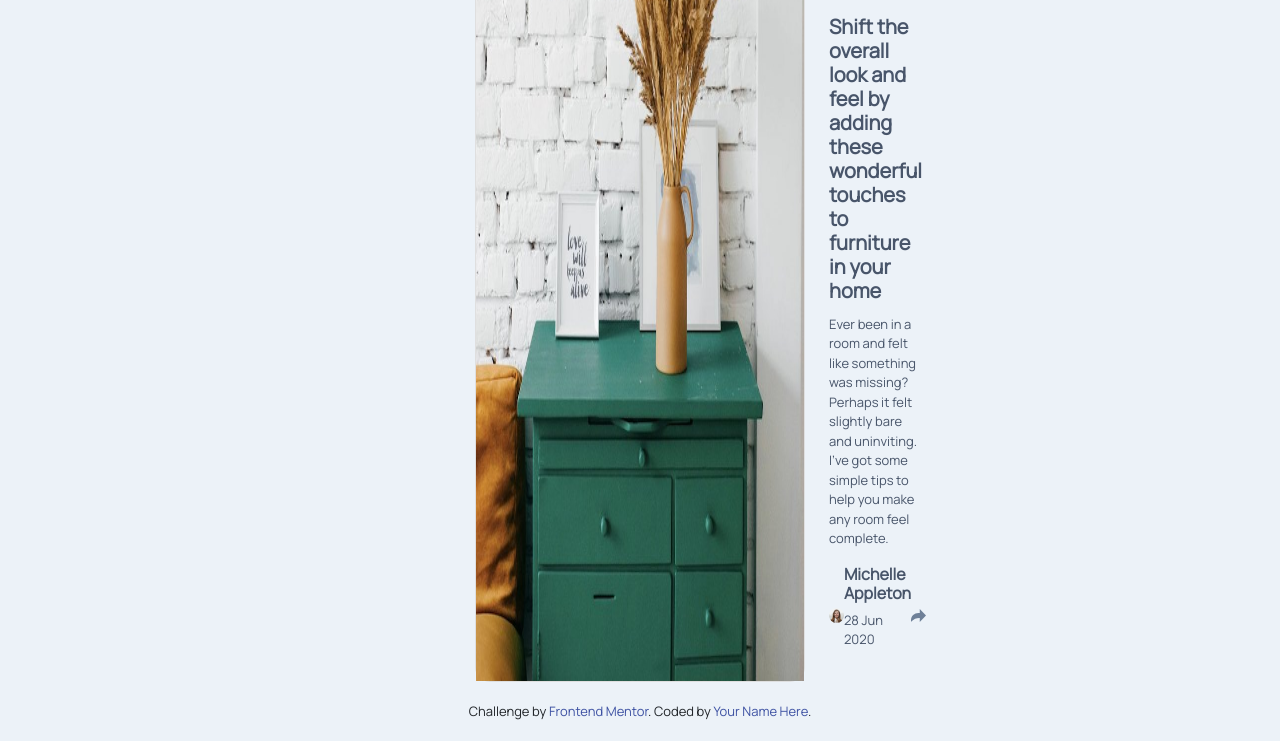
Repository: timiodulate/Article-Preview-Component
Page: index.html
The author's editor kept a copy of each file at every save. The page is drawn from the files as they stood at one save, then again after a run of saves.
The browser window is 1280 px wide. The pictures show the whole page.

Above is the page before, as saved 2020-07-11 12:41:03.

### index.html
<!DOCTYPE html>
<html lang="en">
<head>
  <meta charset="UTF-8">
  <meta name="viewport" content="width=device-width, initial-scale=1.0"> <!-- displays site properly based on user's device -->

  <link rel="icon" type="image/png" sizes="32x32" href="./images/favicon-32x32.png">

  <!-- Bootstrap -->
  <link rel="stylesheet" href="./css/bootstrap.min.css">

  <!-- Custom Style -->
  <link rel="stylesheet" href="./css/style.css">

  <title>Frontend Mentor | Article preview component</title>
</head>
<body>

  <div class="container-fluid d-flex flex-column justify-content-center align-items-center p-30">

    <div class="card">

      <img src="./images/drawers.jpg" alt="drawers" class="card-img-top img-fluid" >

      <div class="card-body">
        <h5 class="card-title">
          Shift the overall look and feel by adding these wonderful
          touches to furniture in your home
        </h5>
        <p class="card-text">
          Ever been in a room and felt like something was missing? Perhaps
          it felt slightly bare and uninviting. I’ve got some simple tips
          to help you make any room feel complete.
        </p>

        <div class="userDetails d-flex justify-content-between align-items-center">
          <img src="./images/avatar-michelle.jpg" alt="avatarImage" class="rounded-circle img-fluid avatarImage">

          <div class="nameDate">
            <h6>
              Michelle Appleton
            </h6>
            <p>
              28 Jun 2020
            </p>
          </div>

          <img src="./images/icon-share.svg" alt="">
        </div>
      </div>
    </div>
  </div>
  <div class="attribution">
    Challenge by <a href="https://www.frontendmentor.io?ref=challenge" target="_blank">Frontend Mentor</a>.
    Coded by <a href="#">Your Name Here</a>.
  </div>
</body>

  <script src="https://code.jquery.com/jquery-3.5.1.slim.min.js" integrity="sha384-DfXdz2htPH0lsSSs5nCTpuj/zy4C+OGpamoFVy38MVBnE+IbbVYUew+OrCXaRkfj" crossorigin="anonymous"></script>
  <script src="./js/bootstrap.min.js"></script>
</body>
</html>

### css/style.css
@import url('http://fonts.googleapis.com/css?family=Manrope');

/* Global Resets */
* {
    padding: 0;
    margin: 0;
    box-sizing: border-box;
}

html {
    /* font-family */
    --body: Manrope;

    /* font-weight */
    --normal: 500;
    --bold: 700;

    /* color */
    --background: hsl(210, 46%, 95%);
    --header: hsl(217, 19%, 35%);

    --text: hsl(212, 23%, 69%);
    --last-section: hsl(214, 17%, 51%);
}

body {
    width: 100vw;
    height: 100vh;

    display: flex;
    flex-direction: column;
    justify-content: center;

    font-family: var(--body);
    font-size: 13px;
    /* background-image: url(../images/bg-intro-desktop.png); */
    background-color: var(--background);
    /* background-blend-mode: screen; */
}

h5, h6 {
    color: var(--header);
    font-weight: var(--bold);
}
p {
    color: var(--header);
}


/* .main {
    padding: 30px;
} */
.card {
    border-radius: 15px;
    width: 330px;
}
.card-img-top {
    border-radius: 15px 15px 0 0;
}
.card-body {
    padding: 35px 25px 15px;
}
.avatarImage {
    width: 16%;
}


/* footer */
footer .footer-container {
    display: grid;
    grid-template-columns: repeat(4, 1fr);
    margin-bottom: 30px;
}
.attribution {
    font-size: 13px;
    text-align: center;
    /* color: var(--text); */
    padding: 20px;
}
.attribution a {
    color: hsl(228, 45%, 44%);
    text-decoration: none;
}



/* Media Queries - Responsiveness */
/* LG - Large Screen */
@media only screen and (min-width: 375px) {
    .card {
        display: flex;
        flex-direction: row;

    }
}

/* MD - Medium Screen */
/* @media only screen and (max-width: 765px) {
    body {
        justify-content: initial;
	height: fit-content;
    }

    footer .footer-container {
        grid-template-columns: 1fr;
        margin-bottom: 20px;
        row-gap: 15px;
    }

    .attribution {
        font-size: .6rem;
        padding: 20px 10px;
        color: white;
    }
} */

/* SM - Small Screen */
/* @media only screen and (max-width: 576px){

} */


/* @timiodulate css template */

Loaded but not shown: css/bootstrap.min.css (library); js/bootstrap.min.js (library)

After the next 8 saves:
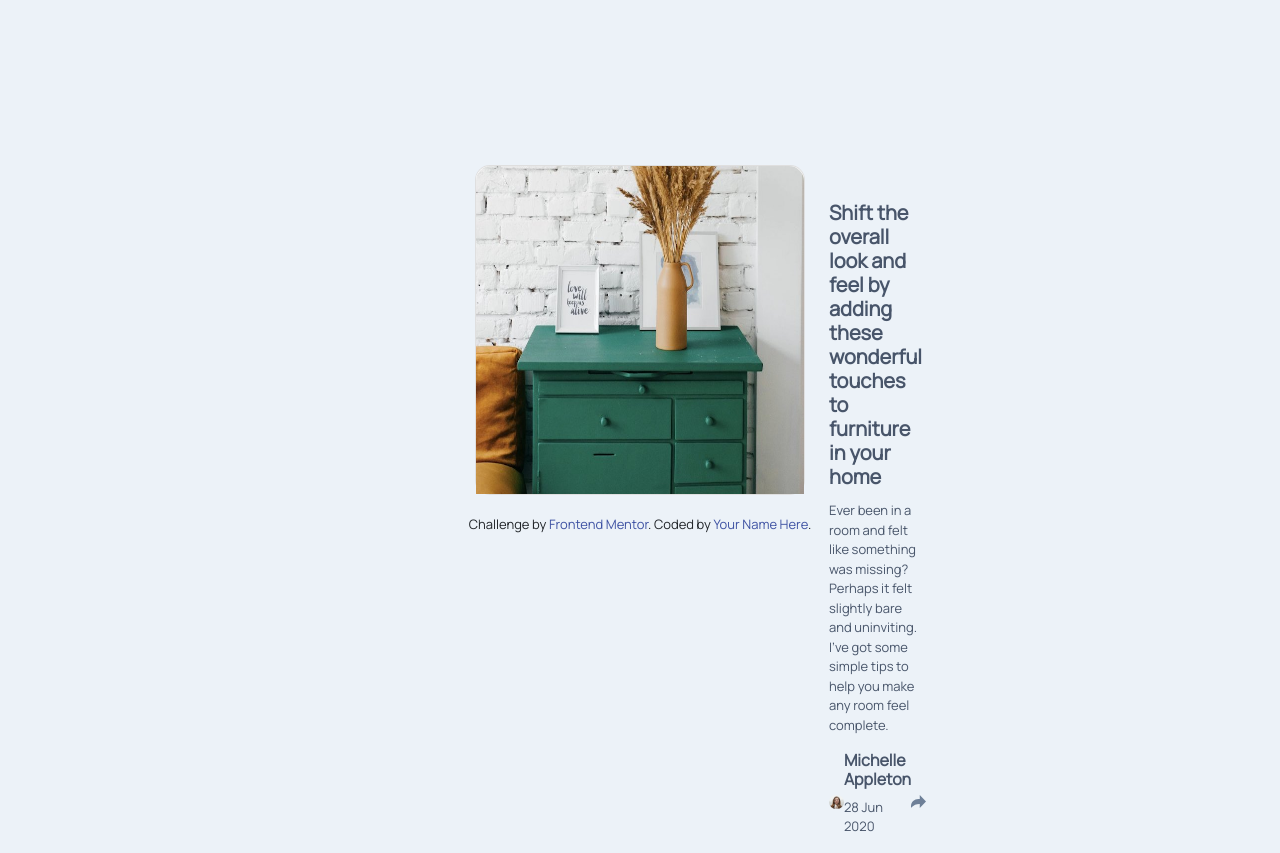
The 8 saves are shown as one change because they came seconds apart.
The last was saved 26 s later.
--- a/css/style.css
+++ b/css/style.css
@@ -90,7 +90,7 @@
     .card {
         display: flex;
         flex-direction: row;
-
+        height: 330px;
     }
 }
 
